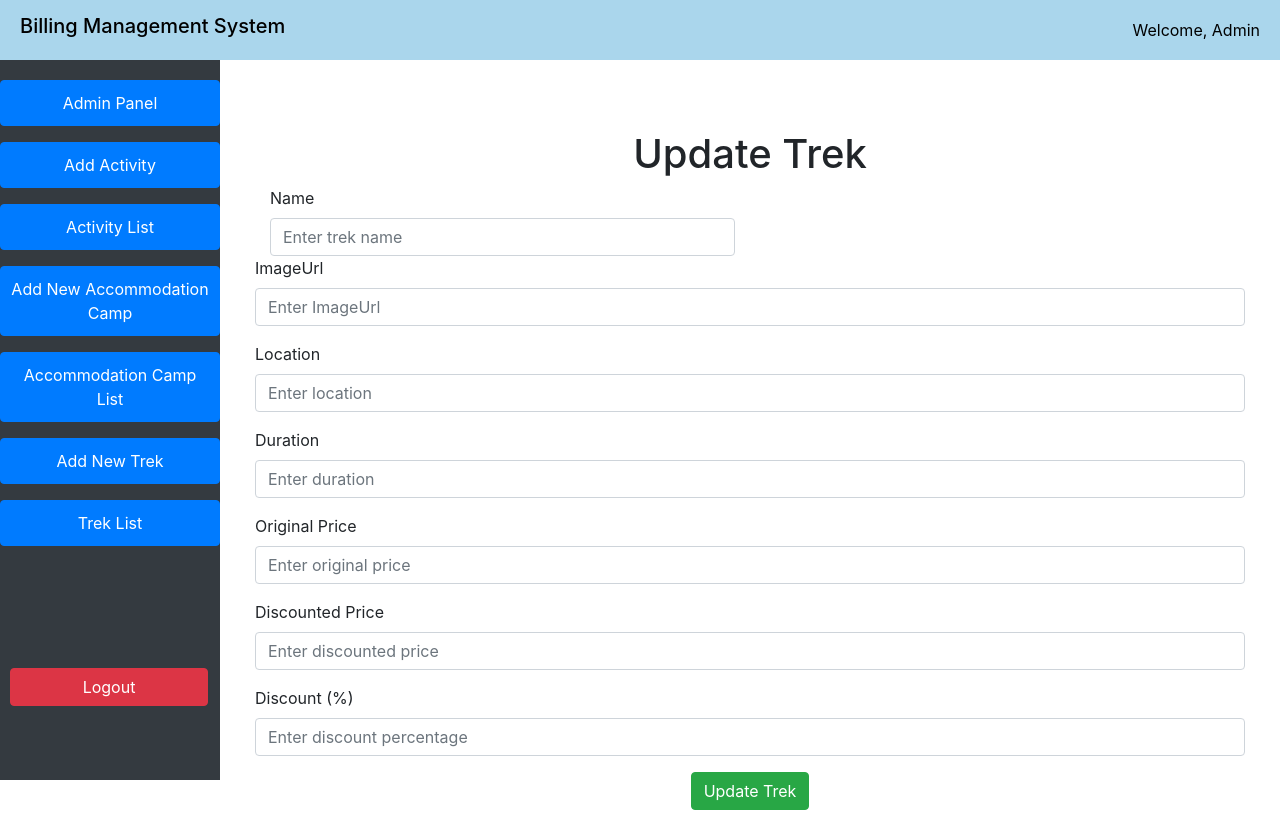
Repository: ruturajsurwase/Thymleaf-Projects
Page: http://localhost/trek-update-form
These files come from the project's save history. The page is drawn as it stood at one moment and after the next save; the edit follows.
The browser window is 1280 px wide. The pictures show the whole page.
The page is this project's Thymeleaf template; nobody is signed in. The template is opened directly, without the code that normally fills it, so the values that code supplies are empty.

Above is the page before, as saved 2024-12-13 06:34:22.

After the next save:
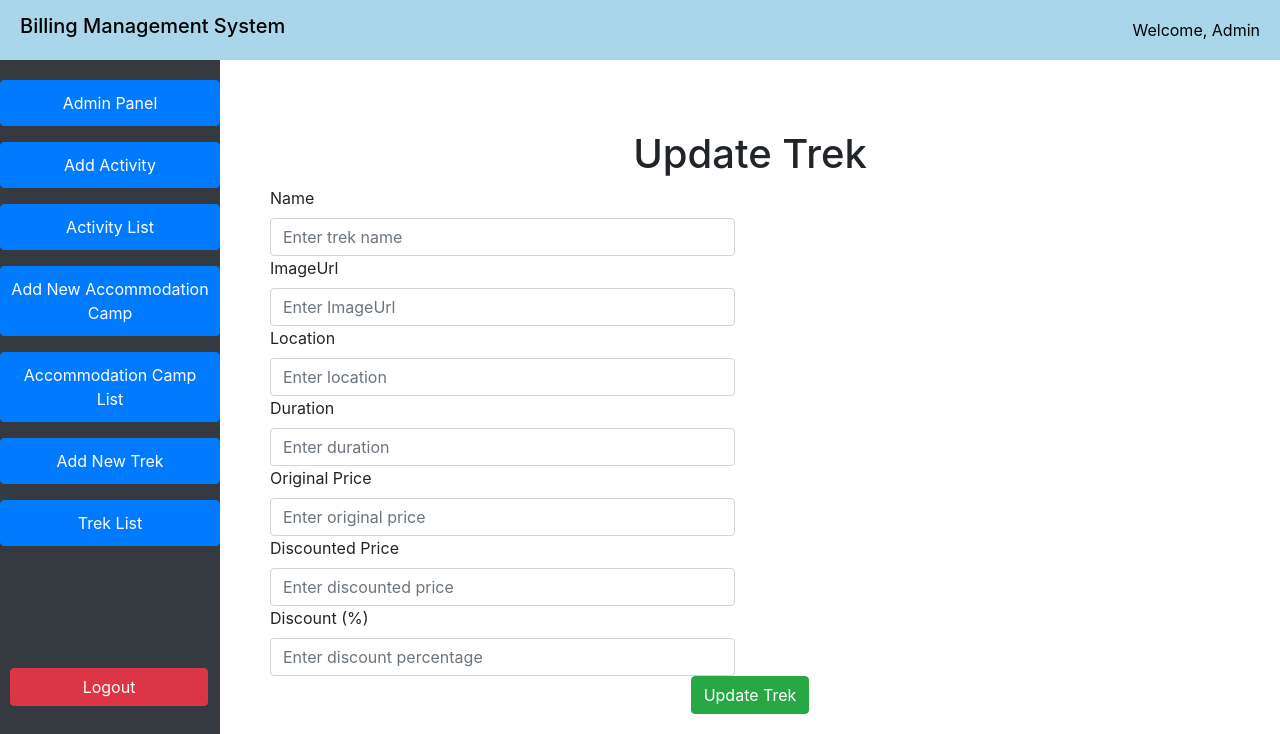
Saved 26 s later.
--- a/WEEKENDFEELS/src/main/resources/templates/trek-update-form.html
+++ b/WEEKENDFEELS/src/main/resources/templates/trek-update-form.html
@@ -97,29 +97,29 @@
             <input type="text" th:field="*{name}" class="form-control" id="name" placeholder="Enter trek name" required>
         </div>
 
-           <div class="form-group">
+           <div class="col-md-6">
             <label for="name">ImageUrl</label>
             <input type="text" th:field="*{imageUrl}" class="form-control" id="imageUrl" placeholder="Enter ImageUrl" required>
         </div>
 
 
-        <div class="form-group">
+        <div class="col-md-6">
             <label for="location">Location</label>
             <input type="text" th:field="*{location}" class="form-control" id="location" placeholder="Enter location" required>
         </div>
-        <div class="form-group">
+        <div class="col-md-6">
             <label for="duration">Duration</label>
             <input type="text" th:field="*{duration}" class="form-control" id="duration" placeholder="Enter duration" required>
         </div>
-        <div class="form-group">
+        <div class="col-md-6">
             <label for="originalPrice">Original Price</label>
             <input type="number" th:field="*{originalPrice}" class="form-control" id="originalPrice" placeholder="Enter original price" required>
         </div>
-        <div class="form-group">
+        <div class="col-md-6">
             <label for="discountedPrice">Discounted Price</label>
             <input type="number" th:field="*{discountedPrice}" class="form-control" id="discountedPrice" placeholder="Enter discounted price" required>
         </div>
-        <div class="form-group">
+        <div class="col-md-6">
             <label for="discount">Discount (%)</label>
             <input type="text" th:field="*{discount}" class="form-control" id="discount" placeholder="Enter discount percentage" required>
         </div>
